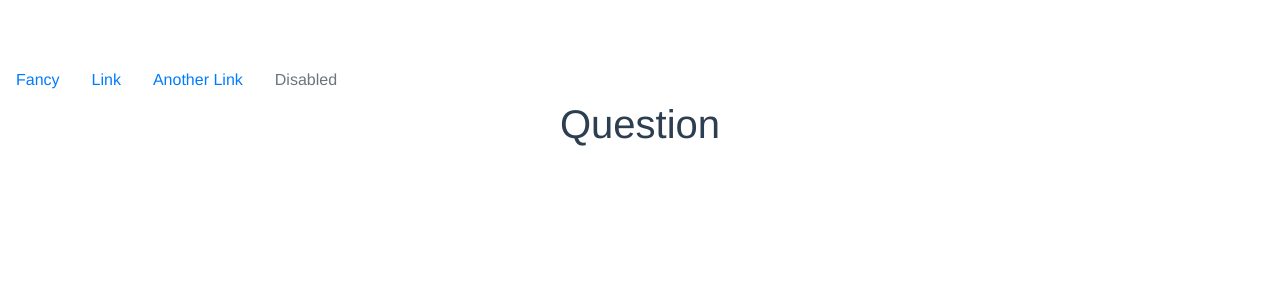
Repository: tokliver/AppVue
Page: /
The author's editor kept a copy of each file at every save. The page is drawn from the files as they stood at one save, then again after the next save.
The browser window is 1280 px wide. The pictures show the whole page.
The project was rebuilt for these pictures with package versions that can differ from the ones it lists, and the page was loaded fresh each time.

Above is the page before, as saved 2019-04-13 09:14:43.

### src/main.js
import Vue from 'vue'

import BootstrapVue from 'bootstrap-vue'

import 'bootstrap/dist/css/bootstrap.css'
import 'bootstrap-vue/dist/bootstrap-vue.css'

import App from './App.vue'



Vue.use(BootstrapVue)

Vue.config.productionTip = false

new Vue({
  render: h => h(App),
}).$mount('#app')

### src/App.vue
<template>
  <div id="app">
    <Header />
    <QuestionBox />
  </div>
</template>

<script>
import Header from './components/Header.vue'
import QuestionBox from './components/QuestionBox.vue'

export default {
  name: 'app',
  components: {
    Header,
    QuestionBox
  }
}
</script>

<style>
#app {
  font-family: 'Avenir', Helvetica, Arial, sans-serif;
  -webkit-font-smoothing: antialiased;
  -moz-osx-font-smoothing: grayscale;
  text-align: center;
  color: #2c3e50;
  margin-top: 60px;
}
</style>

### src/components/Header.vue
<template>
<div>
  <b-nav>
    <b-nav-item active>Fancy</b-nav-item>
    <b-nav-item>Link</b-nav-item>
    <b-nav-item>Another Link</b-nav-item>
    <b-nav-item disabled>Disabled</b-nav-item>
  </b-nav>
</div>
</template>

### src/components/QuestionBox.vue
<template>
    <h1>Question</h1>
</template>

Loaded but not shown: public/index.html (common file)

After the next save:
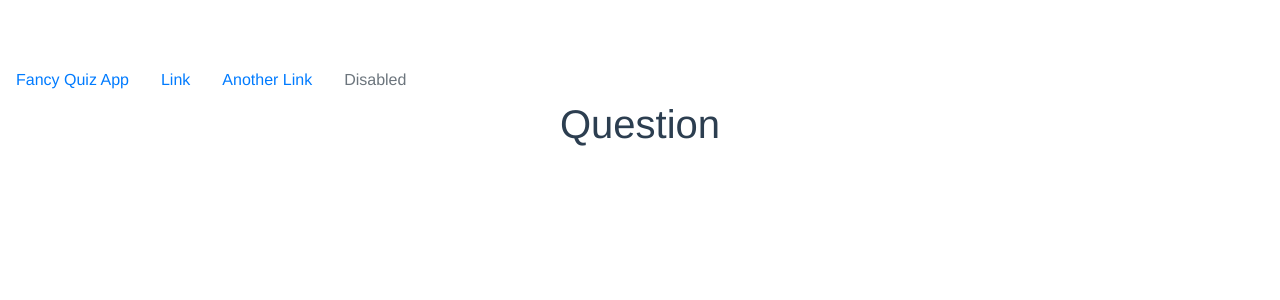
Saved 4 s later.
--- a/src/components/Header.vue
+++ b/src/components/Header.vue
@@ -1,7 +1,7 @@
 <template>
 <div>
   <b-nav>
-    <b-nav-item active>Fancy</b-nav-item>
+    <b-nav-item active>Fancy Quiz App</b-nav-item>
     <b-nav-item>Link</b-nav-item>
     <b-nav-item>Another Link</b-nav-item>
     <b-nav-item disabled>Disabled</b-nav-item>
